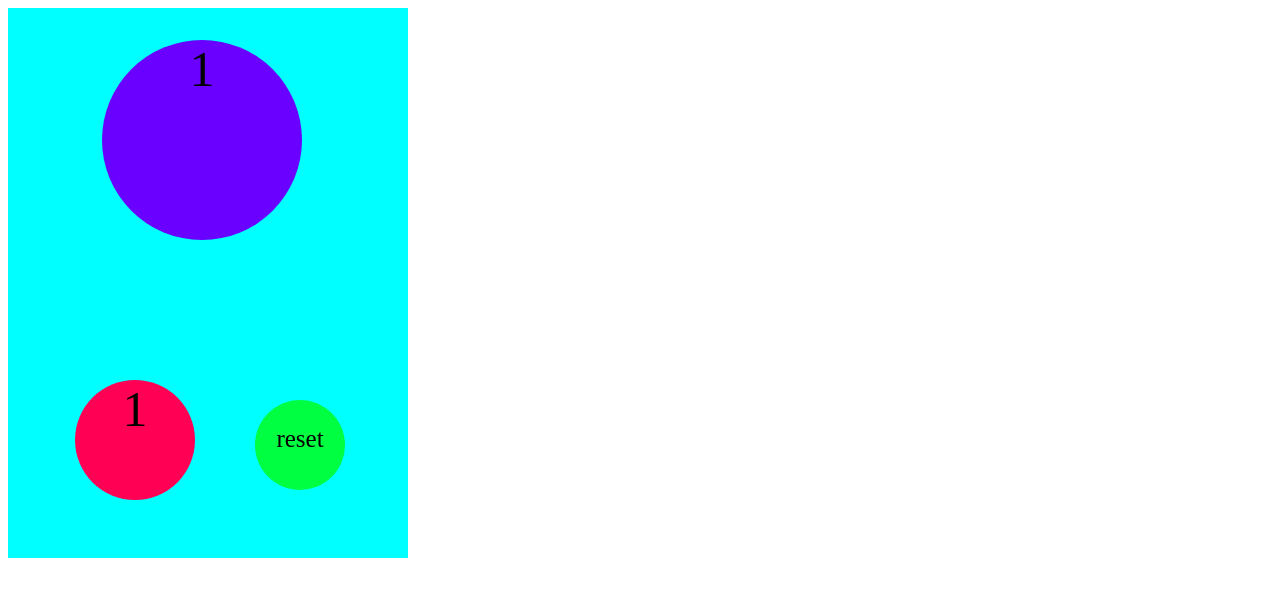
Repository: sara55m/Counter_App
Page: index.html
These files come from the project's save history. The page is drawn as it stood at one moment and after the next save; the edit follows.
The browser window is 1280 px wide. The pictures show the whole page.
After loading, the first visible `#increase` was clicked once.

Above is the page before, as saved 2024-07-30 03:29:44.

After the next save:
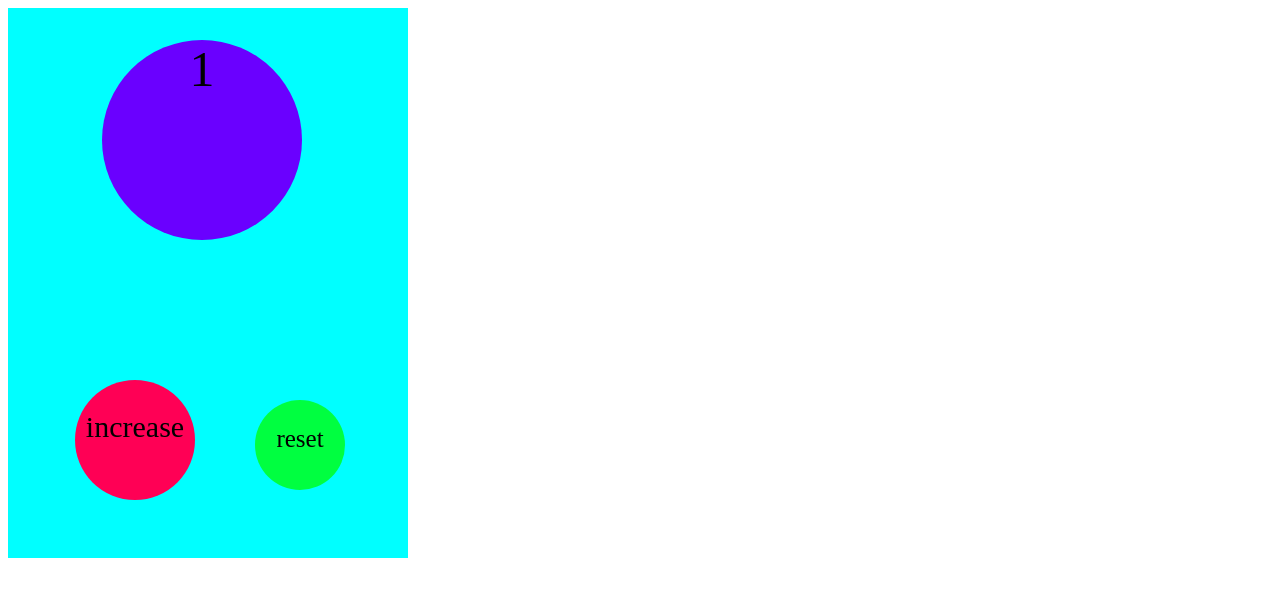
Saved 19 s later.
--- a/js/script.js
+++ b/js/script.js
@@ -3,7 +3,7 @@ let count1=0;
 function increase(){
     count+=1;
     count1+=1;
-    document.getElementById("increase").innerHTML=count;
+    //document.getElementById("increase").innerHTML=count;
     document.getElementById("main").innerHTML=count1;
 
 }
